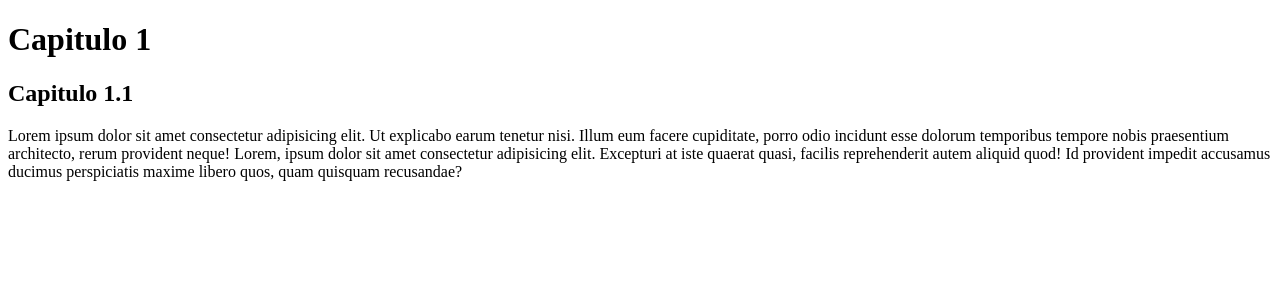
Repository: GabrielTrevisanMargrander/Html-Css
Page: Exercicios/ex013/index.html
The author's editor kept a copy of each file at every save. The page is drawn from the files as they stood at one save, then again after the next save.
The browser window is 1280 px wide. The pictures show the whole page.

Above is the page before, as saved 2023-06-03 17:58:27.

### Exercicios/ex013/index.html
<!DOCTYPE html>
<html lang="pt-br">
<head>
    <meta charset="UTF-8">
    <meta http-equiv="X-UA-Compatible" content="IE=edge">
    <meta name="viewport" content="width=device-width, initial-scale=1.0">
    <title>CSS</title>
</head>
<body>
    <h1>Capitulo 1</h1>
    <H2>Capitulo 1.1</H2>
    <p>Lorem ipsum dolor sit amet consectetur adipisicing elit. Ut explicabo earum tenetur nisi. Illum eum facere cupiditate, porro odio incidunt esse dolorum temporibus tempore nobis praesentium architecto, rerum provident neque! Lorem, ipsum dolor sit amet consectetur adipisicing elit. Excepturi at iste quaerat quasi, facilis reprehenderit autem aliquid quod! Id provident impedit accusamus ducimus perspiciatis maxime libero quos, quam quisquam recusandae?</p>


</body>
</html>

After the next save:
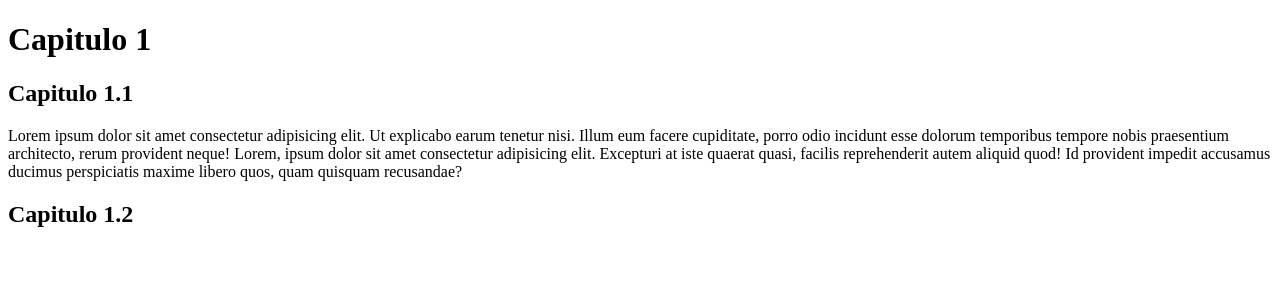
Saved 12 s later.
--- a/Exercicios/ex013/index.html
+++ b/Exercicios/ex013/index.html
@@ -11,6 +11,7 @@
     <H2>Capitulo 1.1</H2>
     <p>Lorem ipsum dolor sit amet consectetur adipisicing elit. Ut explicabo earum tenetur nisi. Illum eum facere cupiditate, porro odio incidunt esse dolorum temporibus tempore nobis praesentium architecto, rerum provident neque! Lorem, ipsum dolor sit amet consectetur adipisicing elit. Excepturi at iste quaerat quasi, facilis reprehenderit autem aliquid quod! Id provident impedit accusamus ducimus perspiciatis maxime libero quos, quam quisquam recusandae?</p>
 
-
+    <h2>Capitulo 1.2
+    </h2>
 </body>
 </html>
